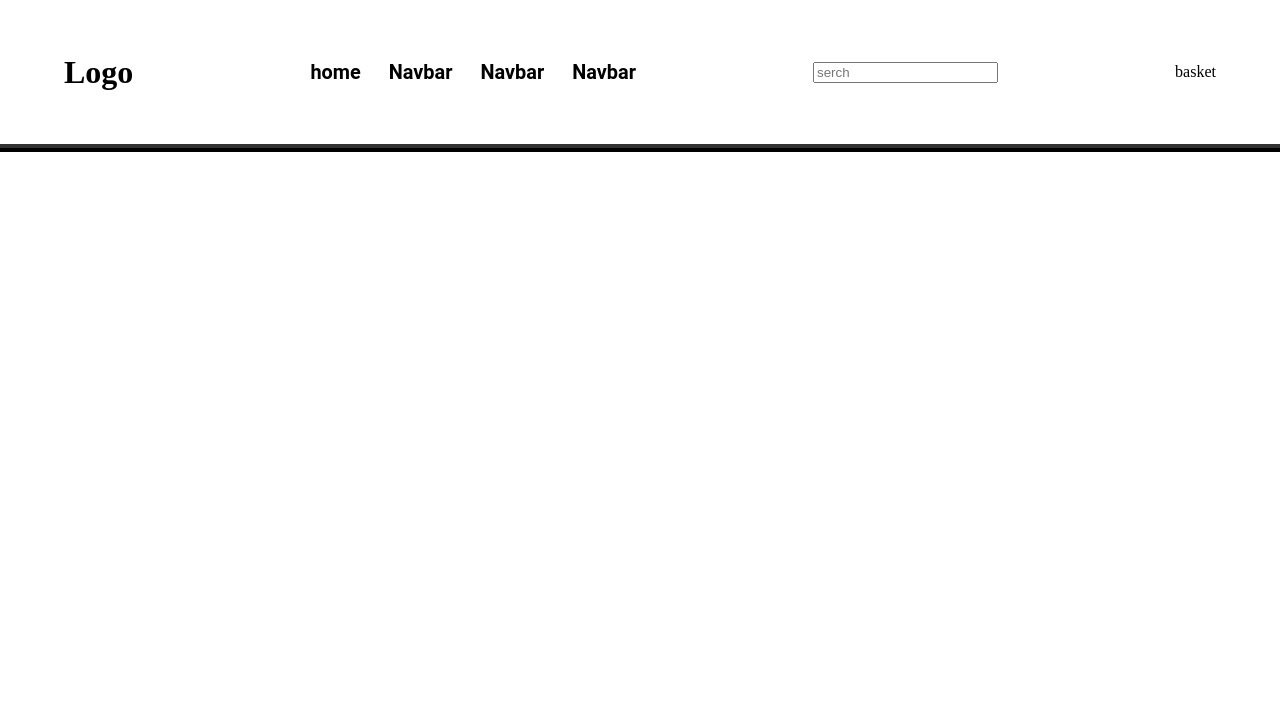
Repository: Islam432/Islam-and-Arsi---team
Page: /
These files come from the project's save history. The page is drawn as it stood at one moment and after the next save; the edit follows.
The browser window is 1280 px wide. The page is 1280 px wide, then 1282 px, so the pictures cover 1282 px, including what lies to the right of the window. The pictures show the whole page.
The project was rebuilt for these pictures with package versions that can differ from the ones it lists, and the page was loaded fresh each time. Also part of the build but not shown: vite.config.js, src/App.css, src/components/Comp/Comp.jsx.

Above is the page before, as saved 2023-03-11 23:09:33.

### src/main.jsx
import React from "react";
import ReactDOM from "react-dom/client";
import App from "./App";
import "./index.css";
import { BrowserRouter } from "react-router-dom";


ReactDOM.createRoot(document.getElementById("root")).render(
  <React.StrictMode>

      <BrowserRouter>
        <App />
      </BrowserRouter>

  </React.StrictMode>
);

### src/App.jsx
import { useState } from "react";
import reactLogo from "./assets/react.svg";
import "./App.css";
import { Route, Routes } from "react-router-dom";
import { Layout } from "./components/Layout";
import { Home } from "./components/Home/Home";
import { Comp } from "./components/Comp/Comp";

function App() {
  return (

    <Layout>  <Routes>
    <Route path="/" element = {<Home/>}/>
    <Route path="/comp" element= {<Comp/>} />
  </Routes></Layout>

  );
}

export default App;

### src/components/Layout/index.jsx
import React from 'react'
import { Navbar } from '../Navbar/Navbar'

export const Layout = ({children}) => {
  return (
  <>
 <Navbar/>
  <main>{children}</main>
  </>
  )
}

### src/components/Home/Home.jsx
import React from 'react'
import styles from './Home.module.css'


export const Home = () => {
  return (
    <div className={styles.cont}>
      <div className={styles.blok1}></div>
    </div>
  )
}

### src/components/Navbar/Navbar.jsx
import React from "react";
import { NavLink } from "react-router-dom";
import styles from "./Navbar.module.css";

export const Navbar = () => {
  return (
    <div className={styles.cont}>
      <div className={styles.allnav}>
        <h1>Logo</h1>

        <div className={styles.navbar}>
          <NavLink to={'/'} className={styles.NavLink}>
            <h3>home</h3>
          </NavLink>
          <NavLink to={'/comp'} className={styles.NavLink}>
            <h3>Navbar</h3>
          </NavLink>
          <NavLink className={styles.NavLink}>
            <h3>Navbar</h3>
          </NavLink>
          <NavLink className={styles.NavLink}>
            <h3>Navbar</h3>
          </NavLink>

        </div>

        <div className={styles.inputblok}>
          <input type="text" placeholder="serch" />
        </div>

        <div>basket</div>
      </div>
    </div>
  );
};

### src/components/Home/Home.module.css
.cont{
    margin: 0;


  border: 2px solid black;
}
.blok1{
    background-image: url('./Banner.jpg');
  width: 100%;
 object-fit: cover;
min
    border: 2px solid black;
}

### src/components/Navbar/Navbar.module.css
.cont {
    margin: 0;
  display: flex;
  align-items: center;
  justify-content: center;
  height: 20vh;
  background: #ffffff;
border-bottom: 4px solid #333;
}

.allnav {
  display: flex;
  align-items: center;
  justify-content: space-between;
  width: 90%;
  height: 10vh;

}
.navbar {
  display: flex;
  justify-content: space-around;
  align-items: center;
  gap: 28px;

  font-family: Roboto;
  font-style: Bold;
  font-size: 17px;

}
.NavLink{
    text-decoration: none;
    color: rgb(0, 0, 0);
}

Loaded but not shown: index.html (common file); src/index.css (common file)

After the next save:
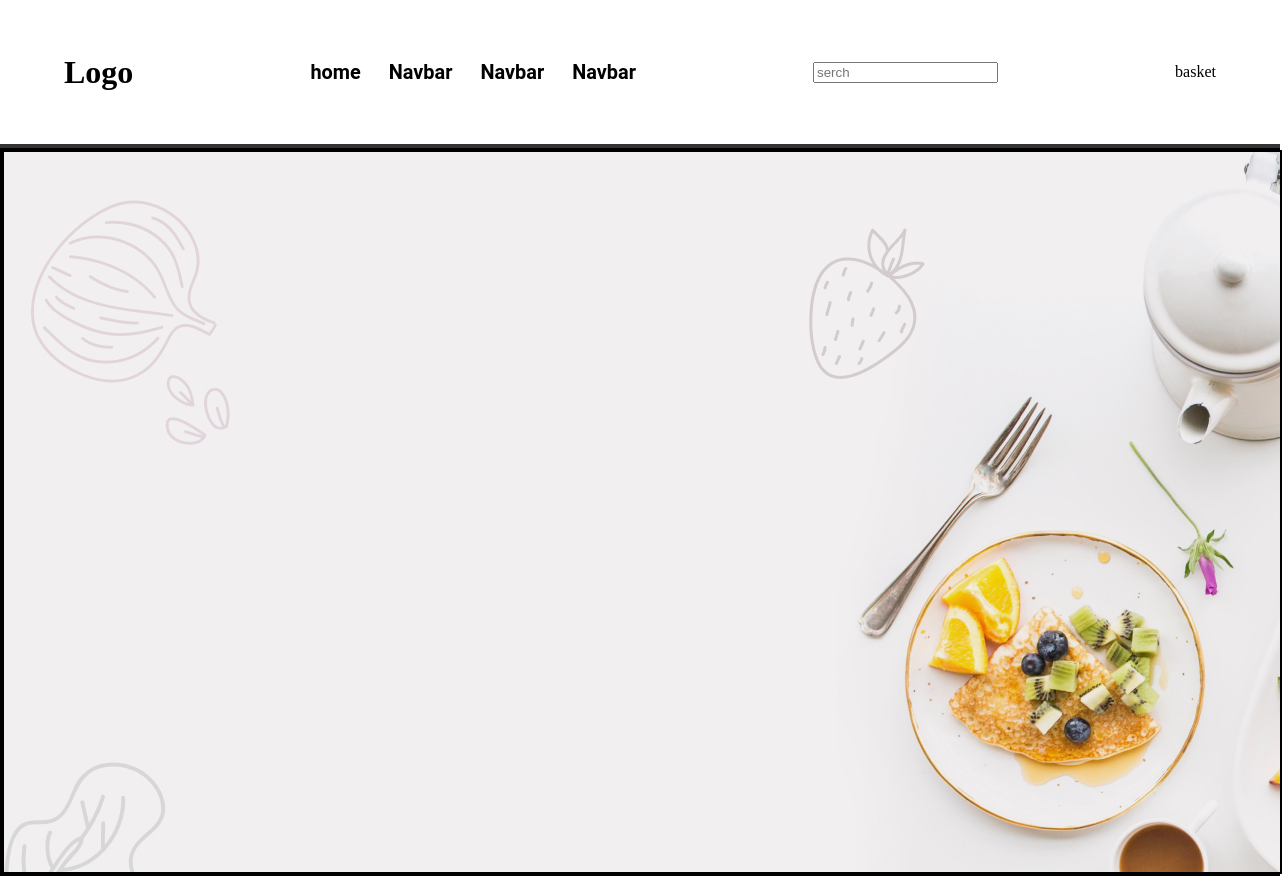
Saved 4 s later.
--- a/src/components/Home/Home.module.css
+++ b/src/components/Home/Home.module.css
@@ -8,6 +8,6 @@
     background-image: url('./Banner.jpg');
   width: 100%;
  object-fit: cover;
-min
+min-height: 100vh;
     border: 2px solid black;
 }
